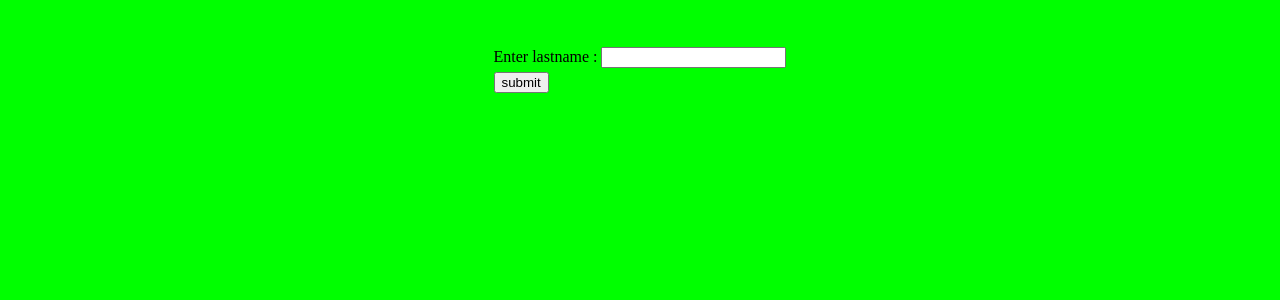
Repository: akale1992/Learning-HIBERNATE-SERVLETS
Page: servletconfig/WebContent/Hello.html
These files come from the project's save history. The page is drawn as it stood at one moment and after the next save; the edit follows.
The browser window is 1280 px wide. The pictures show the whole page.

Above is the page before, as saved 2015-09-07 04:36:48.

### servletconfig/WebContent/Hello.html
<!DOCTYPE html>
<html>
<head>
<meta charset="ISO-8859-2">
<title>context Ex</title>
</head>
<body bgcolor="lime">
	<form action="go" method="post">

		<table align="center">
			<tr>
				<td>Enter lastname : <input type="text" name="lname"></td>
			</tr>
			<br><br>
			<tr>
				<td><input type="submit" value="submit"></td>
			</tr>
		</table>
	</form>
</body>
</html>

After the next save:
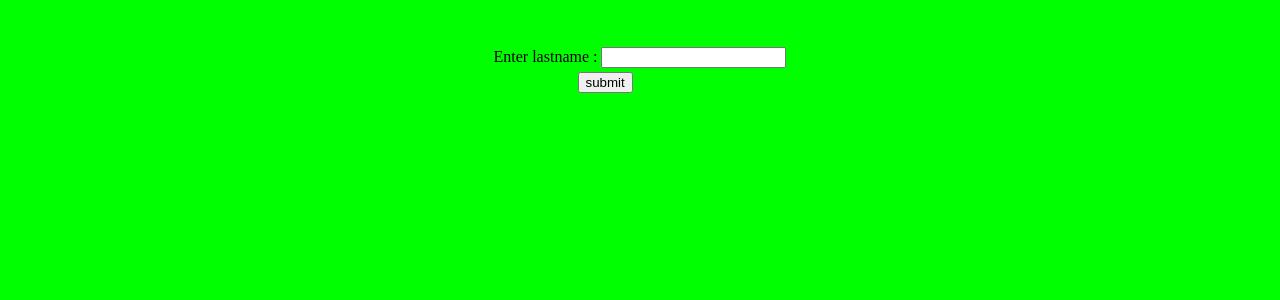
Saved 40 s later.
--- a/servletconfig/WebContent/Hello.html
+++ b/servletconfig/WebContent/Hello.html
@@ -13,7 +13,7 @@
 			</tr>
 			<br><br>
 			<tr>
-				<td><input type="submit" value="submit"></td>
+				<td>&nbsp&nbsp&nbsp&nbsp&nbsp&nbsp&nbsp&nbsp&nbsp&nbsp&nbsp&nbsp&nbsp&nbsp&nbsp&nbsp&nbsp&nbsp&nbsp&nbsp&nbsp<input type="submit" value="submit"></td>
 			</tr>
 		</table>
 	</form>
